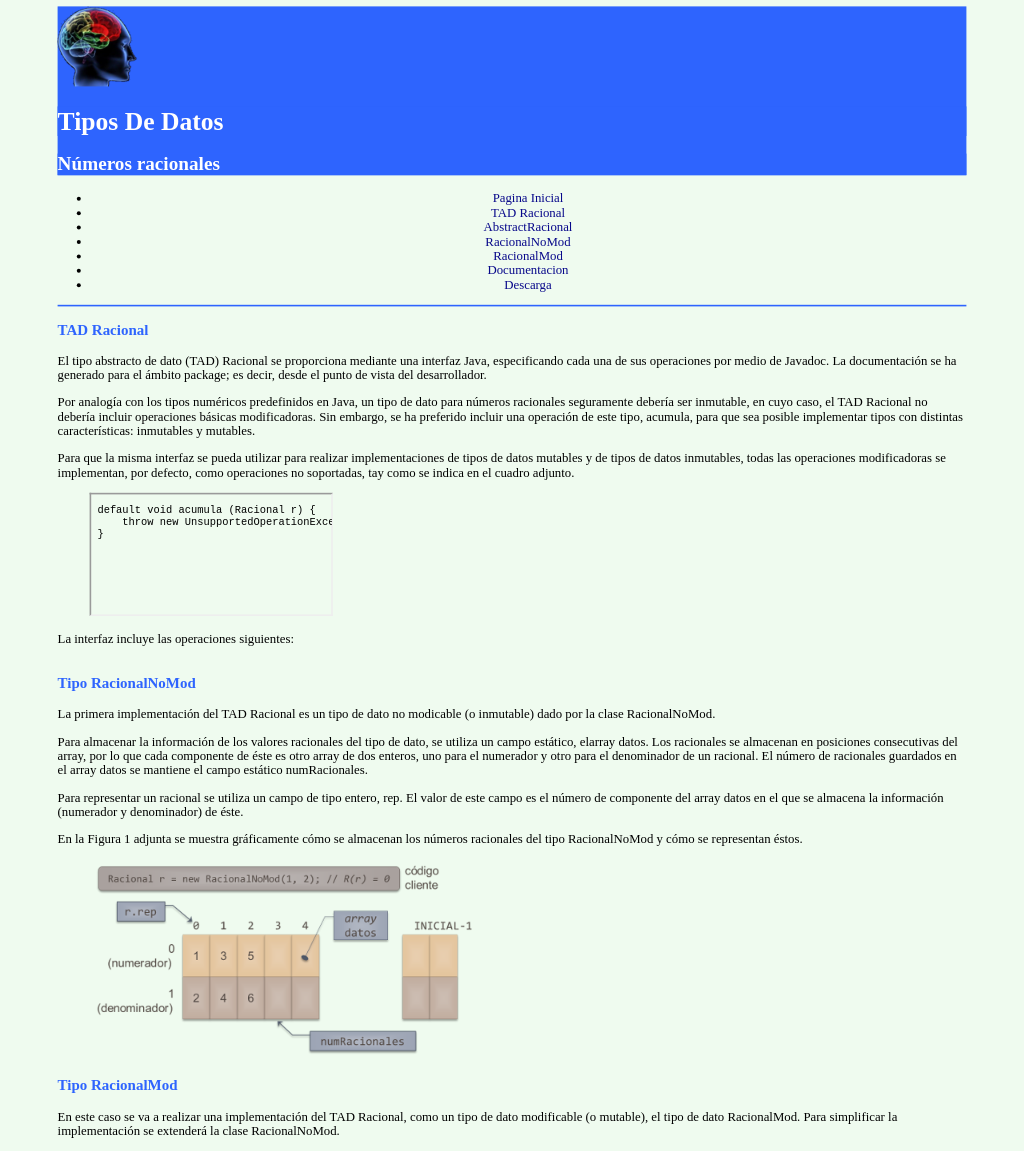
Repository: dgsama/Curso17
Page: SEW/WorkSpace/Practica02/html/index.html
These files come from the project's save history. The page is drawn as it stood at one moment and after the next save; the edit follows.
The browser window is 1280 px wide. The pictures show the whole page, at 80% of full size.

Above is the page before, as saved 2016-10-05 10:47:24.

### SEW/WorkSpace/Practica02/html/index.html
<!DOCTYPE html>
<html lang="es">
<head>
<meta http-equiv="Content-Type" content="text/html; charset=utf8">
<link rel="stylesheet" type="text/css" href="css/estDatos.css">

<title>Tipo de Datos</title>
</head>
<body>
    <header>

        <img src="..\logo.png"> </img>
        <h1>Tipos De Datos</h1>
        <h2>Números racionales</h2>
    </header>

    <nav>
        <ul>
            <li><a href="index.html">Pagina Inicial</a></li>
            <li><a href="Racional.html">TAD Racional</a></li>
            <li><a href="AbstractRacional.html">AbstractRacional</a></li>
            <li><a href="RacionalNoMod.html">RacionalNoMod</a></li>
            <li><a href="RacionalMod.html">RacionalMod</a></li>
            <li><a href="Documentacion.html">Documentacion</a></li>
            <li><a href="Racionales.zip">Descarga</a></li>
        </ul>
    </nav>

    <section>
        <h3>TAD Racional</h3>
        <p>El tipo abstracto de dato (TAD) Racional se proporciona
            mediante una interfaz Java, especificando cada una de sus
            operaciones por medio de Javadoc. La documentación se ha
            generado para el ámbito package; es decir, desde el punto de
            vista del desarrollador.</p>
        <p>Por analogía con los tipos numéricos predefinidos en
            Java, un tipo de dato para números racionales seguramente
            debería ser inmutable, en cuyo caso, el TAD Racional no
            debería incluir operaciones básicas modificadoras. Sin
            embargo, se ha preferido incluir una operación de este tipo,
            acumula, para que sea posible implementar tipos con
            distintas características: inmutables y mutables.</p>
        <P>Para que la misma interfaz se pueda utilizar para
            realizar implementaciones de tipos de datos mutables y de
            tipos de datos inmutables, todas las operaciones
            modificadoras se implementan, por defecto, como operaciones
            no soportadas, tay como se indica en el cuadro adjunto.</p>

        <figure>
            <iframe src="..\noSoportado.html"> </iframe>
        </figure>

        <p>La interfaz incluye las operaciones siguientes:</p>
        <figure>
            <table>
            </table>
        </figure>

        <h3>Tipo RacionalNoMod</h3>
        <p>La primera implementación del TAD Racional es un tipo de
            dato no modicable (o inmutable) dado por la clase
            RacionalNoMod.</p>
        <p>Para almacenar la información de los valores racionales
            del tipo de dato, se utiliza un campo estático, elarray
            datos. Los racionales se almacenan en posiciones
            consecutivas del array, por lo que cada componente de éste
            es otro array de dos enteros, uno para el numerador y otro
            para el denominador de un racional. El número de racionales
            guardados en el array datos se mantiene el campo estático
            numRacionales.</p>
        <p>Para representar un racional se utiliza un campo de tipo
            entero, rep. El valor de este campo es el número de
            componente del array datos en el que se almacena la
            información (numerador y denominador) de éste.</p>
        <p>En la Figura 1 adjunta se muestra gráficamente cómo se
            almacenan los números racionales del tipo RacionalNoMod y
            cómo se representan éstos.</p>
        <figure>
            <img src="..\areaDatos.png">
        </figure>

        <h3>Tipo RacionalMod</h3>
        <p>En este caso se va a realizar una implementación del TAD
            Racional, como un tipo de dato modificable (o mutable), el
            tipo de dato RacionalMod. Para simplificar la implementación
            se extenderá la clase RacionalNoMod.</p>
    </section>


</body>

</html>

### SEW/WorkSpace/Practica02/html/css/estDatos.css
@charset "UTF-8";

#code iframe {
    width: 100%;
    height: 650px;
}

html {
    width: 90%;
    margin: auto;
    background-color: #EFFBEF;
}

header {
    background-color: #2E64FE;
}

h1 {
    color: white;
    background-color: #2E64FE;
}

h2 {
    color: white;
    background-color: #2E64FE;
}

h3 {
    color: #2E64FE;
}

ul {
    text-align: center;
}

a {
    color: #08088A;
    text-decoration: none;
}

a:hover {
    background: #0B0B61;
    color: #E6E6E6;
}

nav{
    border-bottom: solid 2px;
    border-color: #2E64FE;
}
}

### SEW/WorkSpace/Practica02/noSoportado.html
<!DOCTYPE html>
<html xmlns="http://www.w3.org/1999/xhtml" lang="es" xml:lang="es">
<head>
<meta charset="UTF-8"/>
<title>Operación no soportada</title>
</head>
<body>
    <pre><code class="source" lang="en"
    xml:lang="en">default void acumula (Racional r) {
    throw new UnsupportedOperationException();
}</code></pre>
</body>
</html>

After the next save:
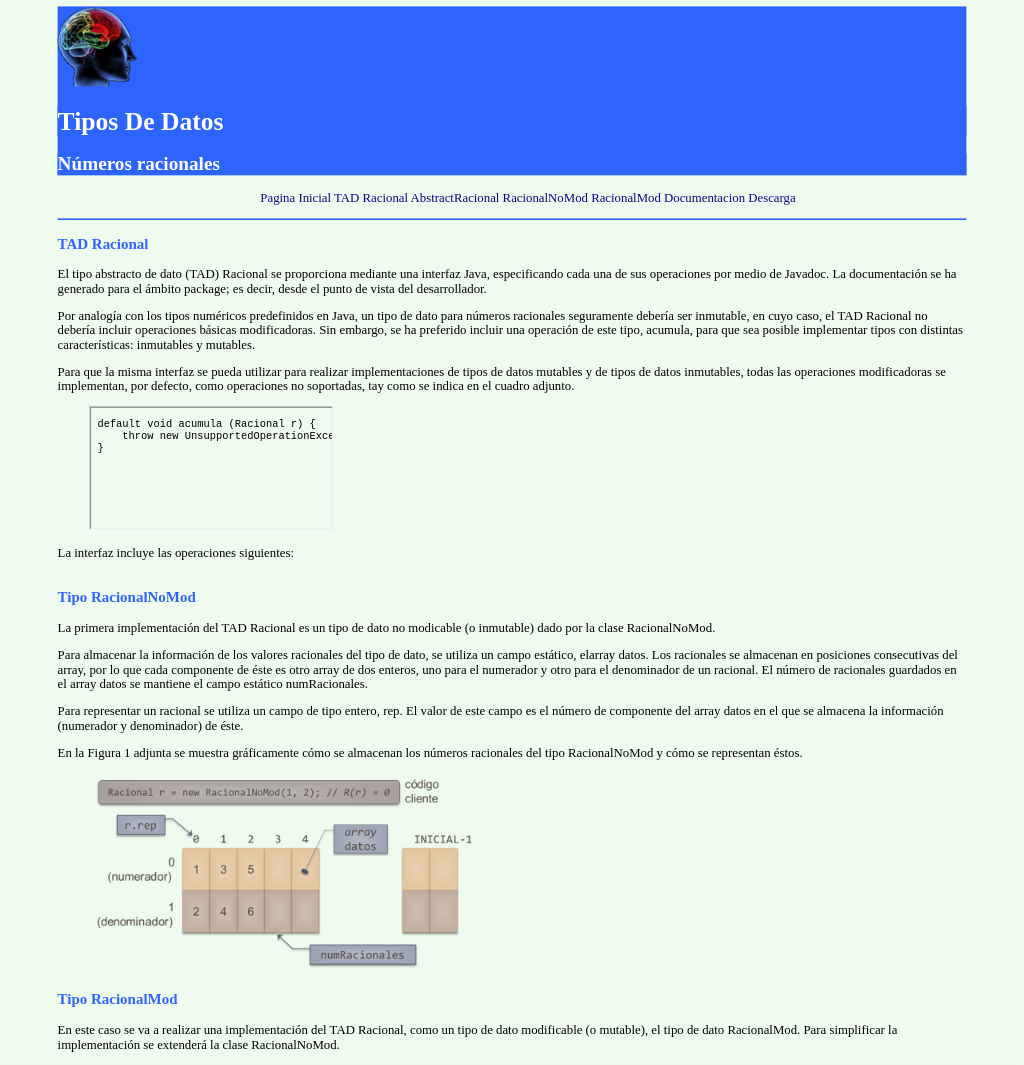
Saved 78 s later.
--- a/SEW/WorkSpace/Practica02/html/index.html
+++ b/SEW/WorkSpace/Practica02/html/index.html
@@ -16,13 +16,13 @@
 
     <nav>
         <ul>
-            <li><a href="index.html">Pagina Inicial</a></li>
-            <li><a href="Racional.html">TAD Racional</a></li>
-            <li><a href="AbstractRacional.html">AbstractRacional</a></li>
-            <li><a href="RacionalNoMod.html">RacionalNoMod</a></li>
-            <li><a href="RacionalMod.html">RacionalMod</a></li>
-            <li><a href="Documentacion.html">Documentacion</a></li>
-            <li><a href="Racionales.zip">Descarga</a></li>
+            <a href="index.html">Pagina Inicial</a>
+            <a href="Racional.html">TAD Racional</a>
+            <a href="AbstractRacional.html">AbstractRacional</a>
+            <a href="RacionalNoMod.html">RacionalNoMod</a>
+            <a href="RacionalMod.html">RacionalMod</a>
+            <a href="Documentacion.html">Documentacion</a>
+            <a href="Racionales.zip">Descarga</a>
         </ul>
     </nav>
 
